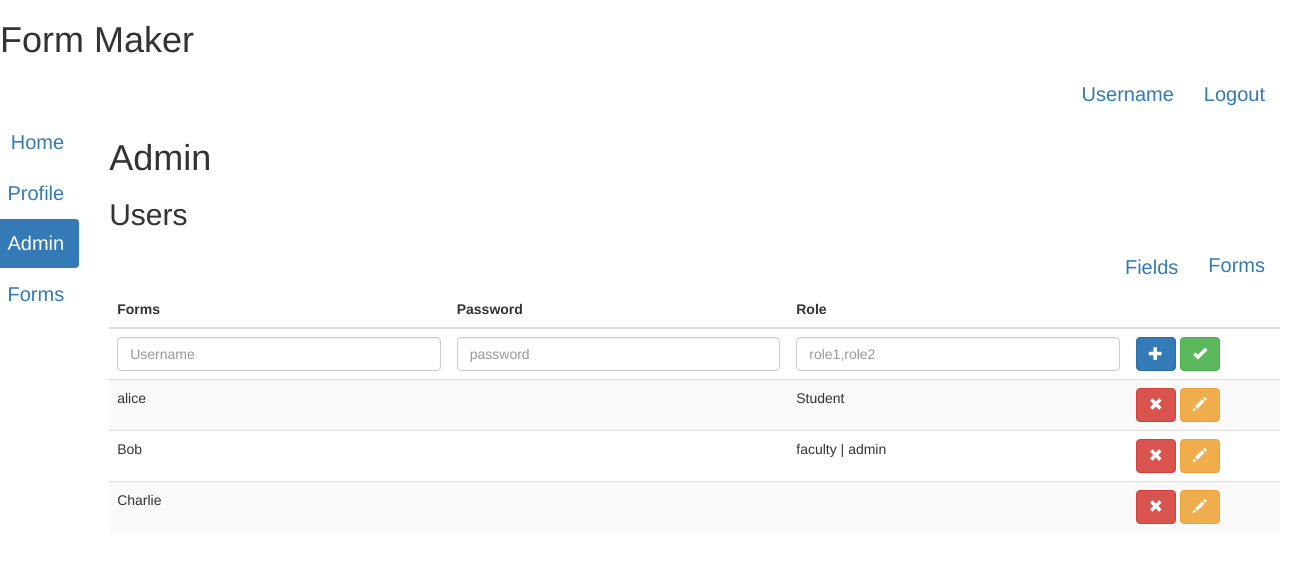
Repository: dishant8/Web-development
Page: public/WebDevWorkspace/Assignment1/WebContent/Css/Bootstrap/admin.html
These files come from the project's save history. The page is drawn as it stood at one moment and after the next save; the edit follows.
The browser window is 1280 px wide. The page is 1295 px wide, so the pictures cover 1295 px, including what lies to the right of the window. The pictures show the whole page.

Above is the page before, as saved 2015-10-01 01:43:07.

After the next save:
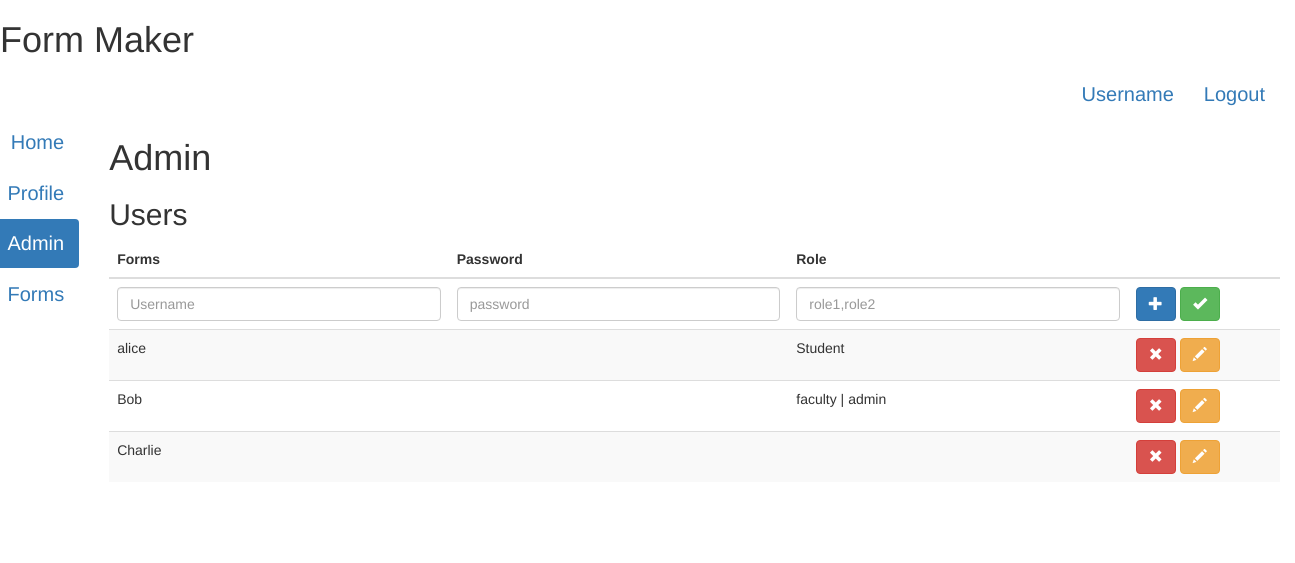
Saved 28 s later.
--- a/public/WebDevWorkspace/Assignment1/WebContent/Css/Bootstrap/admin.html
+++ b/public/WebDevWorkspace/Assignment1/WebContent/Css/Bootstrap/admin.html
@@ -39,10 +39,7 @@
 		<div class="col-xs-11">
 			<h1>Admin</h1>
 			<h2>Users</h2>
-			<ul class="nav nav-pills nav-stacked">
-				<li role="presentation"><a href="forms.html">Forms</a></li>
-				<li role="presentation"><a href="form-fields.html">Fields</a></li>
-			</ul>
+
 			<table class="table table-striped">
 				<thead>
 					<tr>
